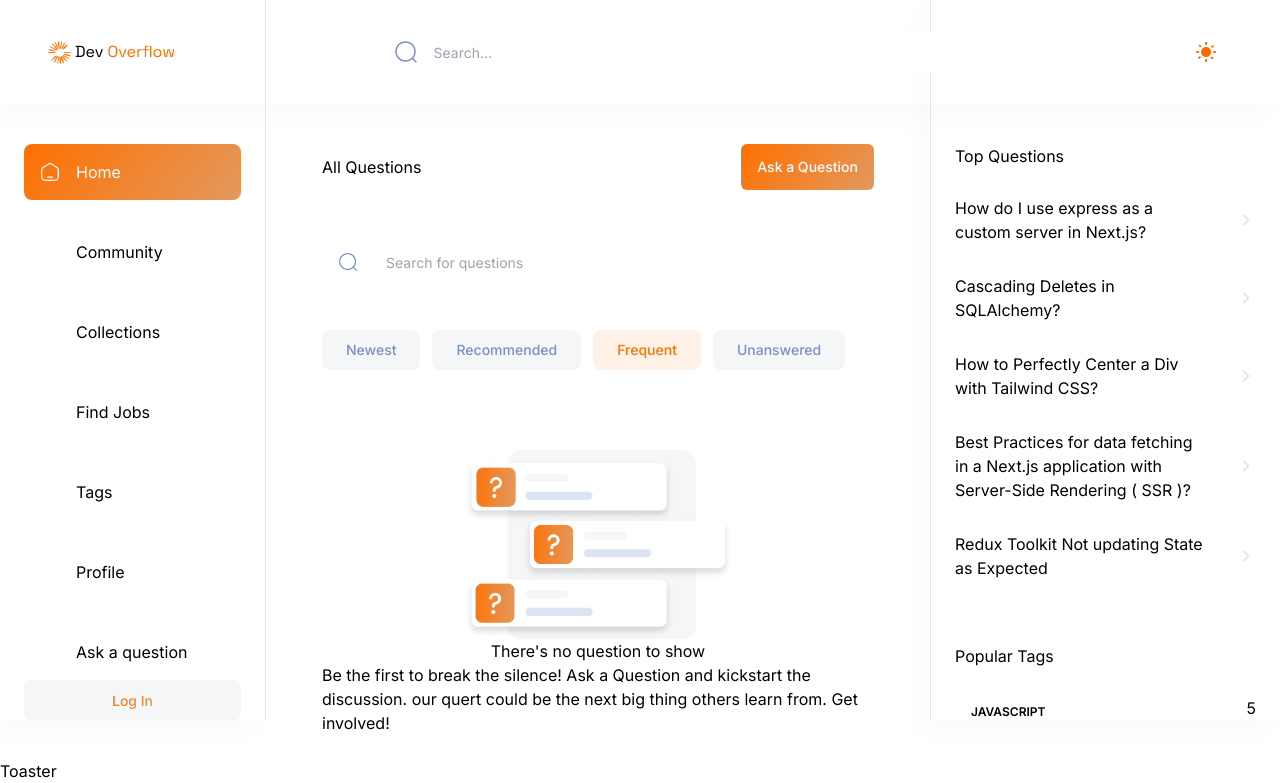
Repository: Saadelfadil/StackOverFlow
Page: /
An editor plug-in stored every save of this project. The page is shown before and after a run of saves, followed by the edit.
The browser window is 1280 px wide. The pictures show the whole page.
The page's requests for data from a server got no answer. The project was rebuilt for these pictures with package versions that can differ from the ones it lists, and the page was loaded fresh each time. Some packages were replaced by stand-ins written for this rebuild. The framework's server and built-in components were replaced by stand-ins that run in the browser. No one was signed in, and anything a server would have sent is missing. Also part of the build but not shown: next.config.js.

Above is the page before, as saved 2024-01-08 15:04:33.

After the next 12 saves:
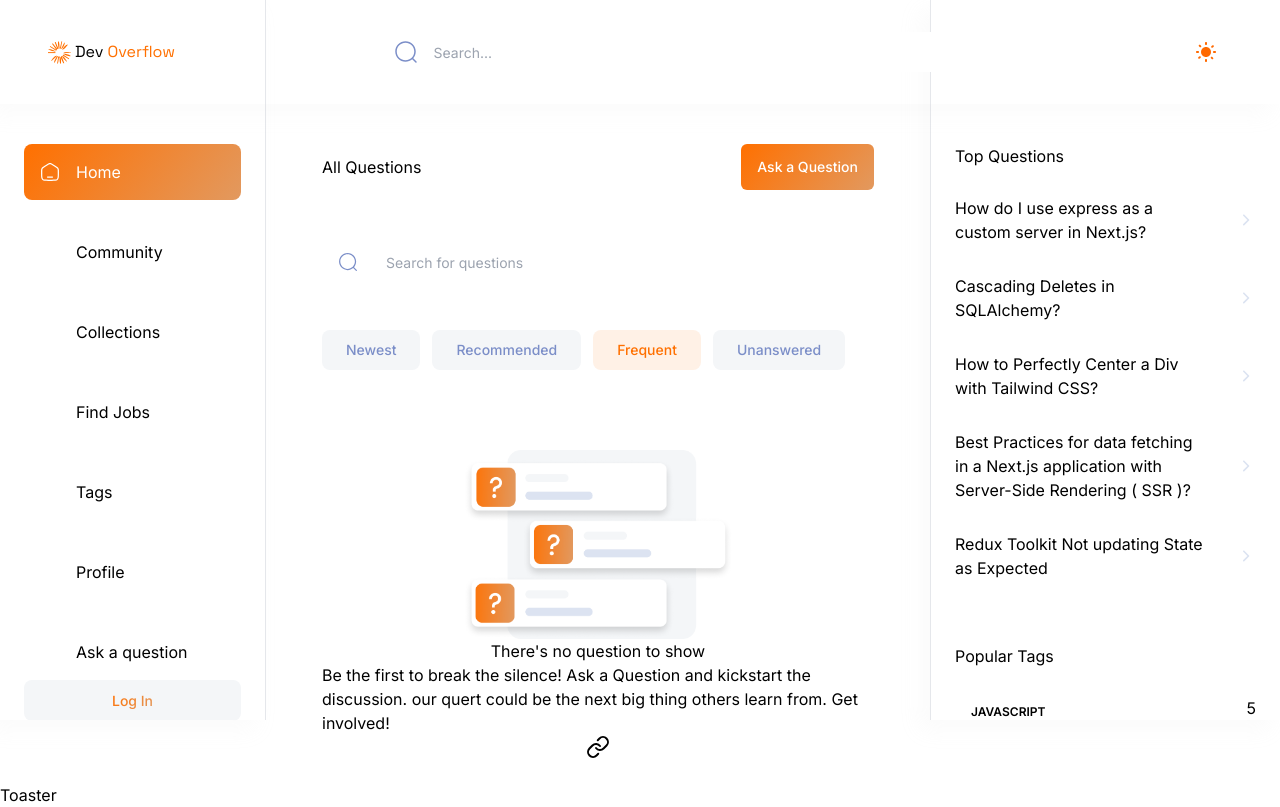
The 12 saves are shown as one change because 2 did not build or start and some came seconds apart.
The last was saved 54 s later.
--- a/components/shared/NoResult.tsx
+++ b/components/shared/NoResult.tsx
@@ -1,3 +1,4 @@
+import { Link } from "lucide-react";
 import Image from "next/image";
 import React from "react";
 
@@ -22,7 +23,9 @@ const NoResult = () => {
         <h2>There's no question to show</h2>
         <p>Be the first to break the silence! Ask a Question and kickstart the discussion. our quert could be the next big thing others learn from. Get involved! </p>
 
+        <Link>
 
+        </Link>
     </div>
   )
 };
